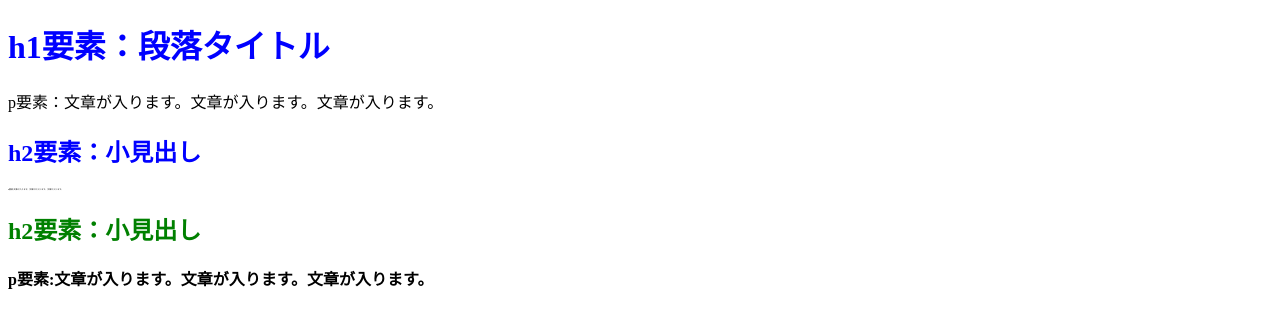
Repository: ayano-ogawa/samurai_HTML-CSS
Page: Untitled1.html
The author's editor kept a record of every edit. The page is drawn from the files as they stood at one moment, then again after the next edit.
The browser window is 1280 px wide. The pictures show the whole page.

Above is the page before.

After the next edit:
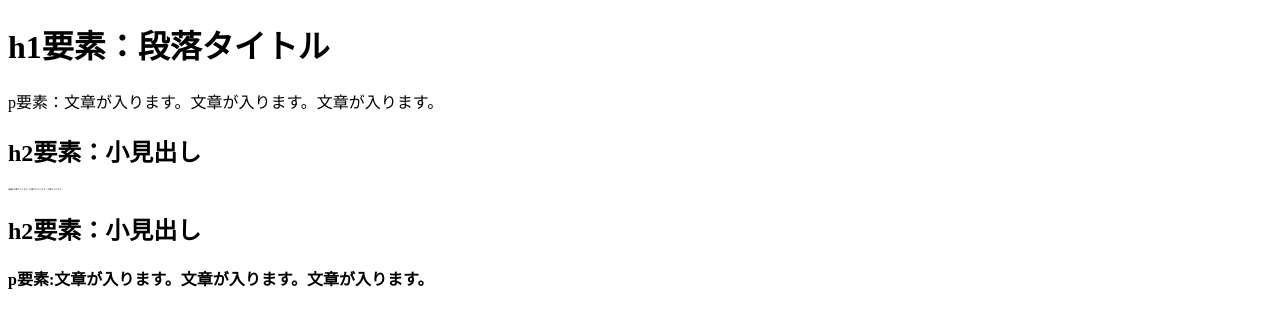
The edit:
--- a/Untitled1.html
+++ b/Untitled1.html
@@ -3,19 +3,6 @@
 <head>
     <meta charset="UTF-8">
     <title>HTML/CSSの学習</title>
-     <style>
-      #blue {
-          color: blue;
-
-      }
-      #green {
-          color: green;
-      }
-      .blue{
-          color: blue;
-      }
-     </style>
-
 </head>
 <body>
     <h1 class="blue">h1要素：段落タイトル</h1>
